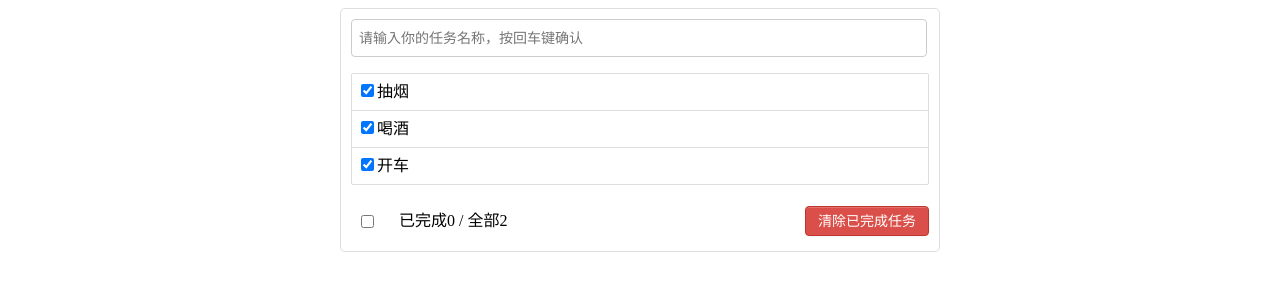
Repository: Crow7277/Vue2-
Page: /
These files come from the project's save history. The page is drawn as it stood at one moment and after a run of saves; the edit follows.
The browser window is 1280 px wide. The pictures show the whole page.
The project was rebuilt for these pictures with package versions that can differ from the ones it lists, and the page was loaded fresh each time. Also part of the build but not shown: vue.config.js.

Above is the page before, as saved 2022-04-03 16:23:29.

After the next 2 saves:
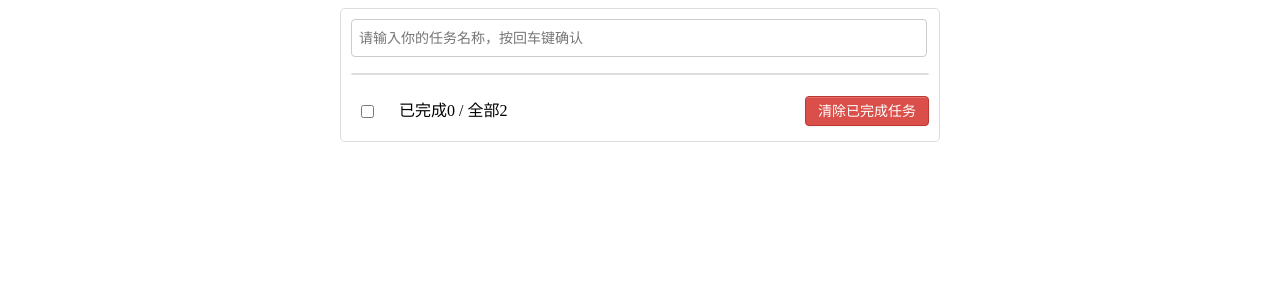
The 2 saves are shown as one change because they came seconds apart.
The last was saved 4 min 44 s later.
--- a/src/components/MyList.vue
+++ b/src/components/MyList.vue
@@ -8,27 +8,6 @@
 import MyItem from './MyItem.vue';
 export default {
     name: 'MyList',
-    data() {
-        return {
-            todos: [
-                {
-                    id: '001',
-                    title: '抽烟',
-                    done: true,
-                },
-                {
-                    id: '002',
-                    title: '喝酒',
-                    done: true,
-                },
-                {
-                    id: '003',
-                    title: '开车',
-                    done: true,
-                },
-            ],
-        };
-    },
     components: { MyItem },
 };
 </script>
